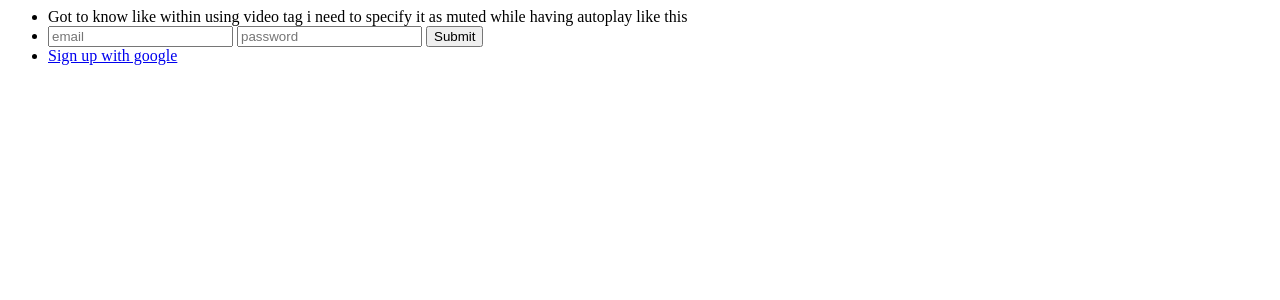
Repository: RohanSai22/harkirat-cohort-learnings
Page: Web/w1.html
The author's editor kept a copy of each file at every save. The page is drawn from the files as they stood at one save, then again after the next save.
The browser window is 1280 px wide. The pictures show the whole page.

Above is the page before, as saved 2026-03-24 02:54:32.

### Web/w1.html
<html>
    <head>
        <title>My Site</title>
    </head>
    <body>
        <ul>
            <li>
        Got to know like within using video tag i need to specify it as muted while having autoplay like this
        <!--<video width="300" height="300" autoplay mmuted src="./some.mp4"></video>-->
            </li>
            <li>
                <input type="email" placeholder="email"/>
                <input type ="password" placeholder="password"/>
                <button>Submit</button>
            </li>
            <li>
                <a href="https://www.gmail.com/" target="_blank">Sign up with google</a>
            </li>
        </ul>
    </body>
</html>

After the next save:
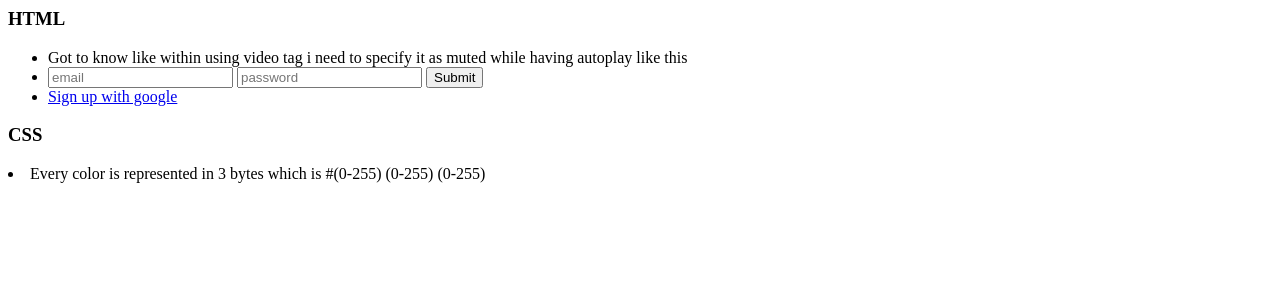
Saved 5 min 42 s later.
--- a/Web/w1.html
+++ b/Web/w1.html
@@ -3,6 +3,7 @@
         <title>My Site</title>
     </head>
     <body>
+        <h3>HTML</h3>
         <ul>
             <li>
         Got to know like within using video tag i need to specify it as muted while having autoplay like this
@@ -17,5 +18,9 @@
                 <a href="https://www.gmail.com/" target="_blank">Sign up with google</a>
             </li>
         </ul>
+        <h3>CSS</h3>
+        <li>
+            Every color is represented in 3 bytes which is #(0-255) (0-255) (0-255)
+        </li>
     </body>
 </html>
